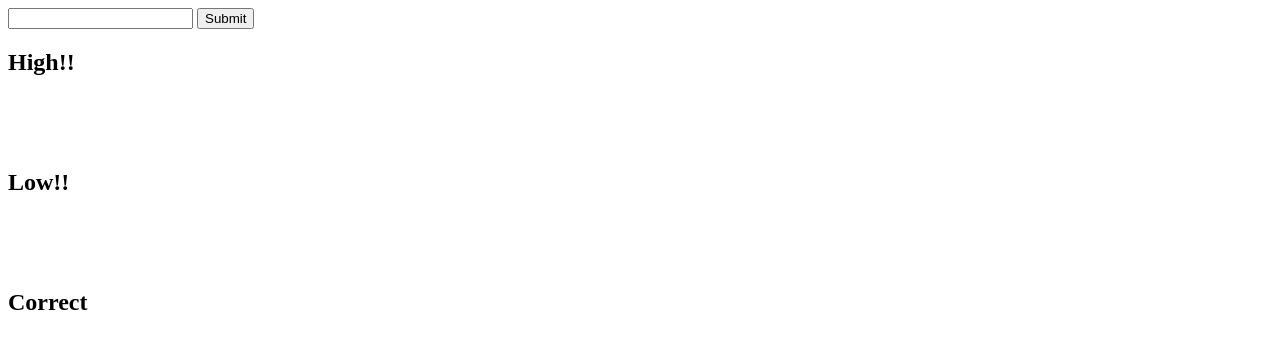
Repository: harshithamagani/Java-Basics
Page: http://localhost/number-game/
The author's editor kept a copy of each file at every save. The page is drawn from the files as they stood at one save, then again after the next save.
The browser window is 1280 px wide. The pictures show the whole page.
The page is served by Tomcat 9. Other server files are loaded and not shown.

Above is the page before, as saved 2019-11-05 18:31:30.

### number-game/WebContent/WEB-INF/index.jsp
<%@ page language="java" contentType="text/html; charset=UTF-8"
    pageEncoding="UTF-8"%>
<!DOCTYPE html>
<html>
<head>
	<meta charset="UTF-8">
	<title>Number Game</title>
	<style type="text/css">
		.highlow {
            width: 100px;
            height: 100px;
        }
        #wrapper{
        	width:950px;
        	matgin: 0 auto;
        }

	</style>
</head>
<body>
	<div id="wrapper">
		<div id="container">
			<form action="/index" method="POST">
				<input name="number" id="number" type="text">
				<input name="submit" name="submit" type="submit" value="Submit">
			</form>
			 <div class="highlow">
			 	<h2>High!!</h2>
			 </div>
			 <div class="highlow">
			 	<h2>Low!!</h2>
			 </div>
			 <div class="highlow">
		        <h2>Correct</h2>
		    </div>
	    </div>
    </div>
</body>
</html>

### number-game/src/com/codingdojo/Index.java
package com.codingdojo;

import java.io.IOException;

import javax.servlet.RequestDispatcher;
import javax.servlet.ServletException;
import javax.servlet.annotation.WebServlet;
import javax.servlet.http.HttpServlet;
import javax.servlet.http.HttpServletRequest;
import javax.servlet.http.HttpServletResponse;

/**
 * Servlet implementation class Index
 */
@WebServlet("/")
public class Index extends HttpServlet {
	private static final long serialVersionUID = 1L;

    /**
     * @see HttpServlet#HttpServlet()
     */
    public Index() {
        super();
        // TODO Auto-generated constructor stub
    }

	/**
	 * @see HttpServlet#doGet(HttpServletRequest request, HttpServletResponse response)
	 */
	protected void doGet(HttpServletRequest request, HttpServletResponse response) throws ServletException, IOException {
		RequestDispatcher req = request.getRequestDispatcher("/WEB-INF/index.jsp");
		req.forward(request, response);
	}

	/**
	 * @see HttpServlet#doPost(HttpServletRequest request, HttpServletResponse response)
	 */
	protected void doPost(HttpServletRequest request, HttpServletResponse response) throws ServletException, IOException {
		// TODO Auto-generated method stub
		doGet(request, response);
	}

}

After the next save:
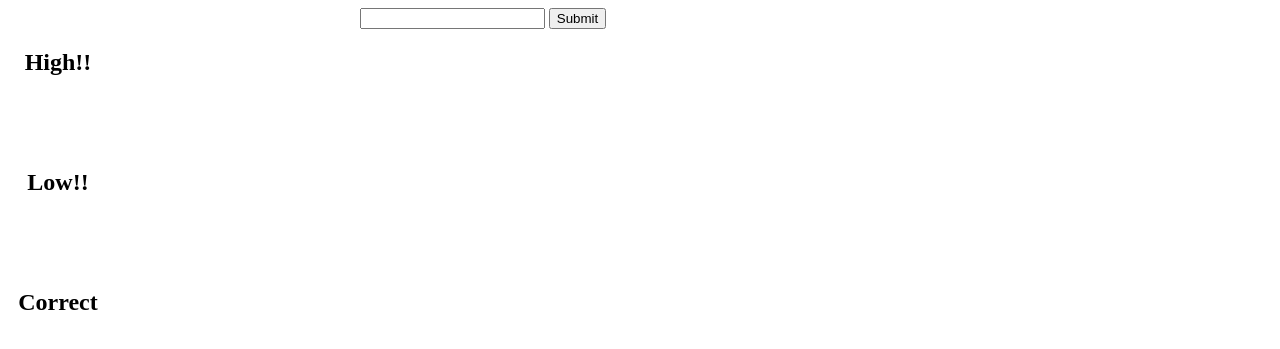
Saved 93 s later.
--- a/number-game/WebContent/WEB-INF/index.jsp
+++ b/number-game/WebContent/WEB-INF/index.jsp
@@ -13,6 +13,9 @@
         #wrapper{
         	width:950px;
         	matgin: 0 auto;
+        }
+        #container{
+        	text-align: center;
         }
 
 	</style>
